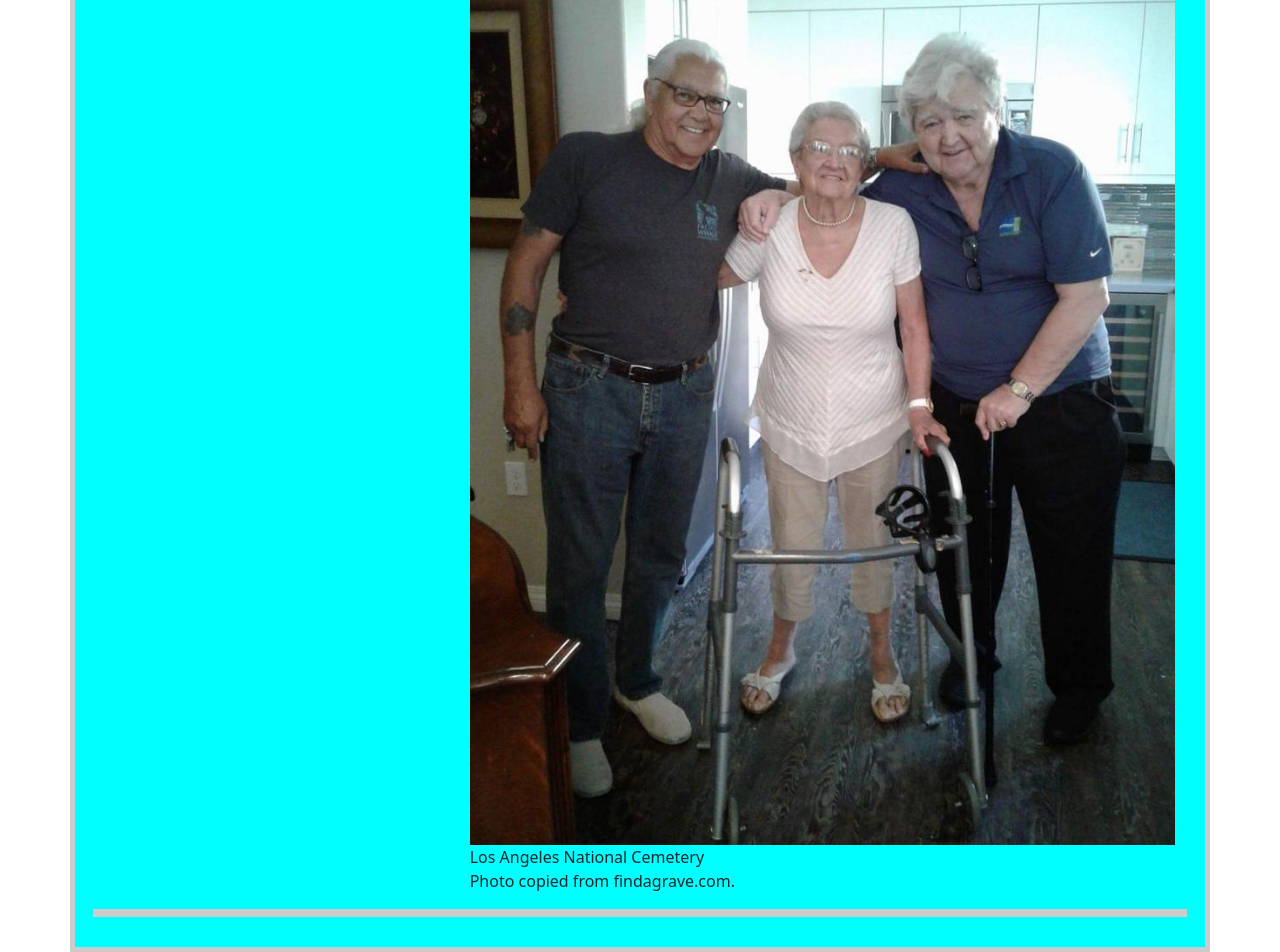
Repository: George2916/GreensladeFamilyTree
Page: photoMargaretAnnGreenslade.html
The author's editor kept a record of every edit. The page is drawn from the files as they stood at one moment, then again after the next edit.
The browser window is 1280 px wide. The pictures show the part of the page from y = 942 to 1894 px (the page is 1894 px tall before and 1886 px after).
A picture or video elsewhere on the page could not be fetched, so the positions and the page height are approximate.

Above is the page before.

After the next edit:
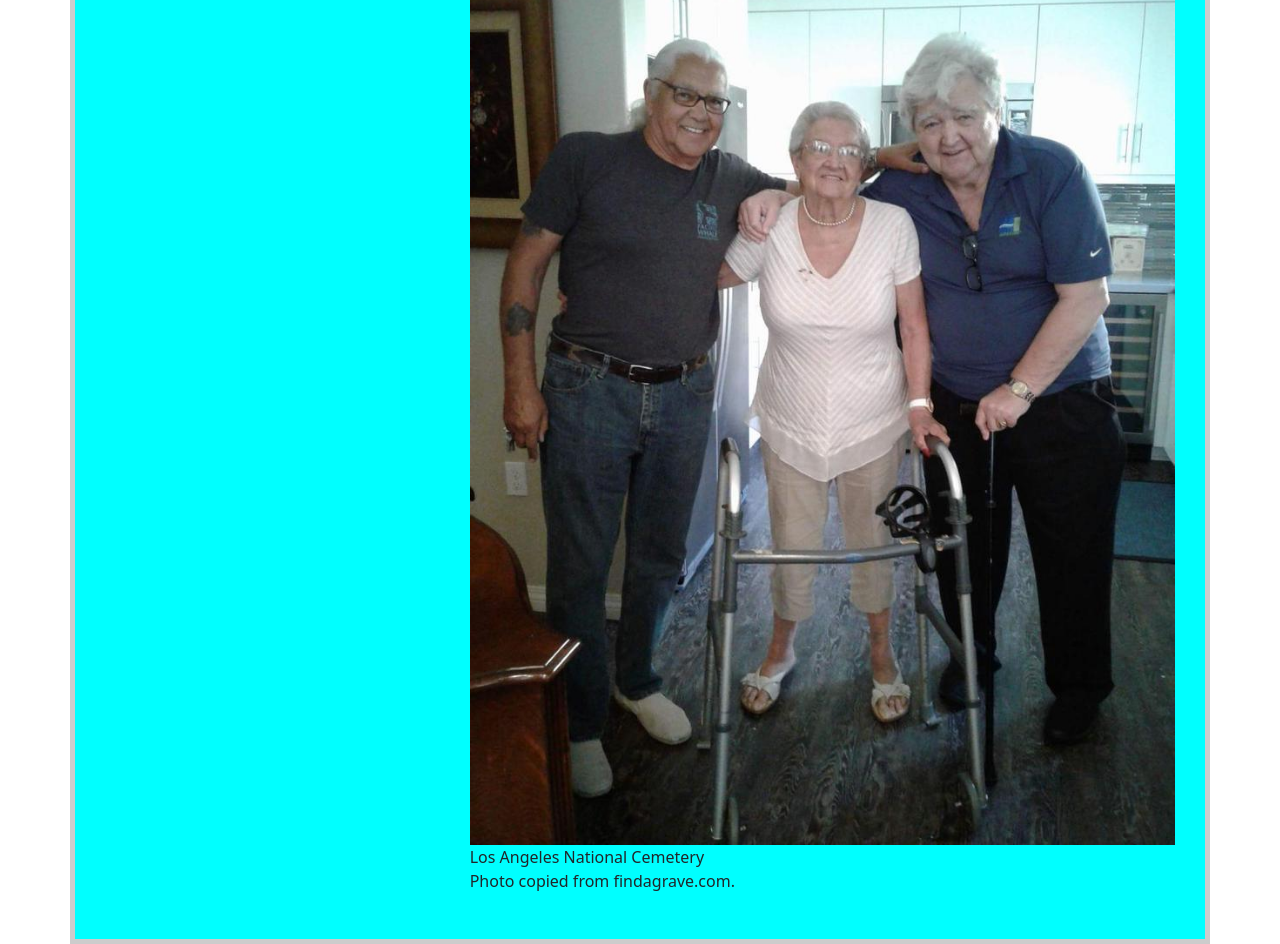
The edit:
--- a/photoMargaretAnnGreenslade.html
+++ b/photoMargaretAnnGreenslade.html
@@ -58,7 +58,7 @@
 
     </div><!--closes second row-->
 
-     <div class="row borderBottom"><!--third row-->
+     <div class="row"><!--third row-->
 
         <div class="col-1 col-md-4">
         </div>
